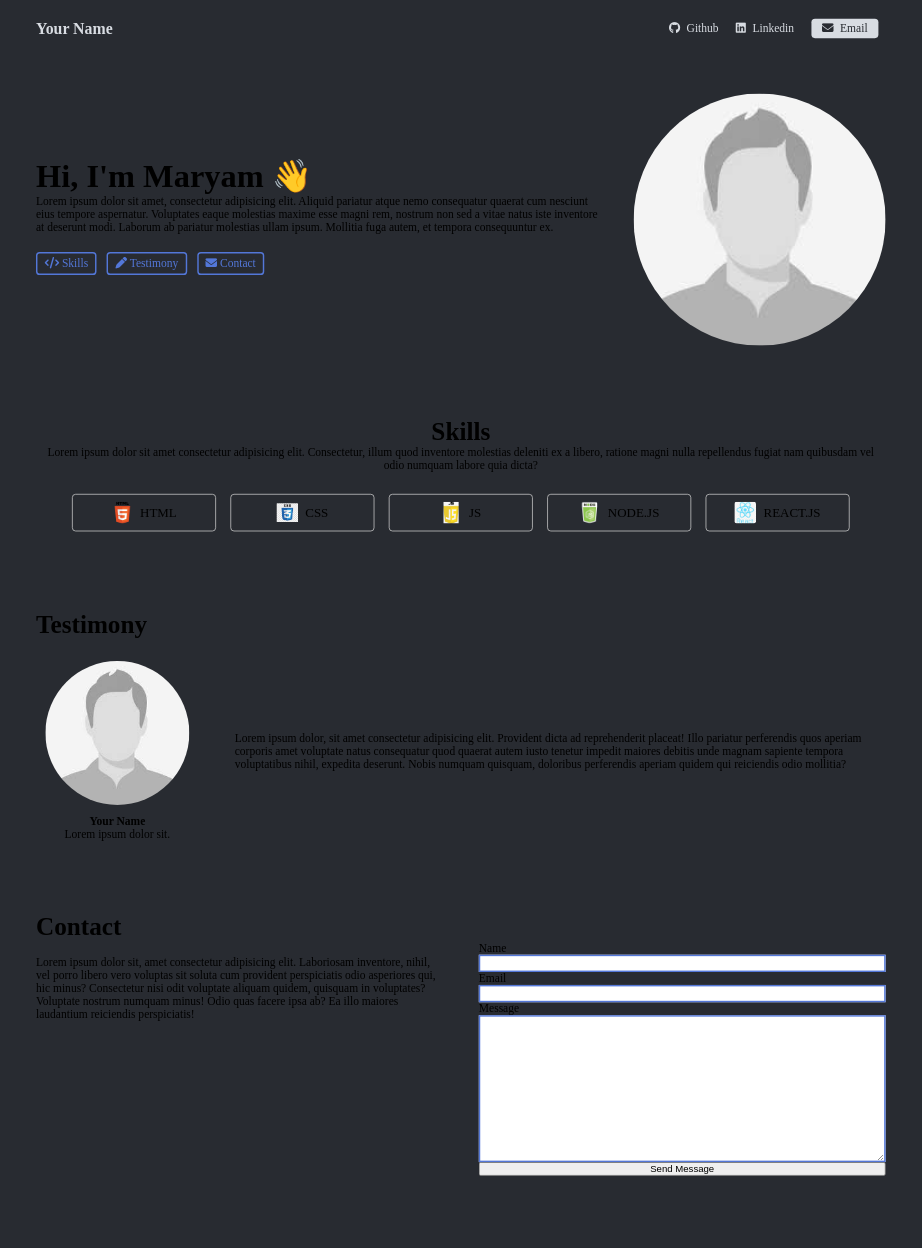
Repository: MaramMaryam/my-portfolio-test
Page: index.html
The author's editor kept a copy of each file at every save. The page is drawn from the files as they stood at one save, then again after a run of saves.
The browser window is 1280 px wide. The pictures show the whole page, at 72% of full size.
Some web libraries are served in a nearby version.

Above is the page before, as saved 2024-09-20 19:34:40.

After the next 5 saves:
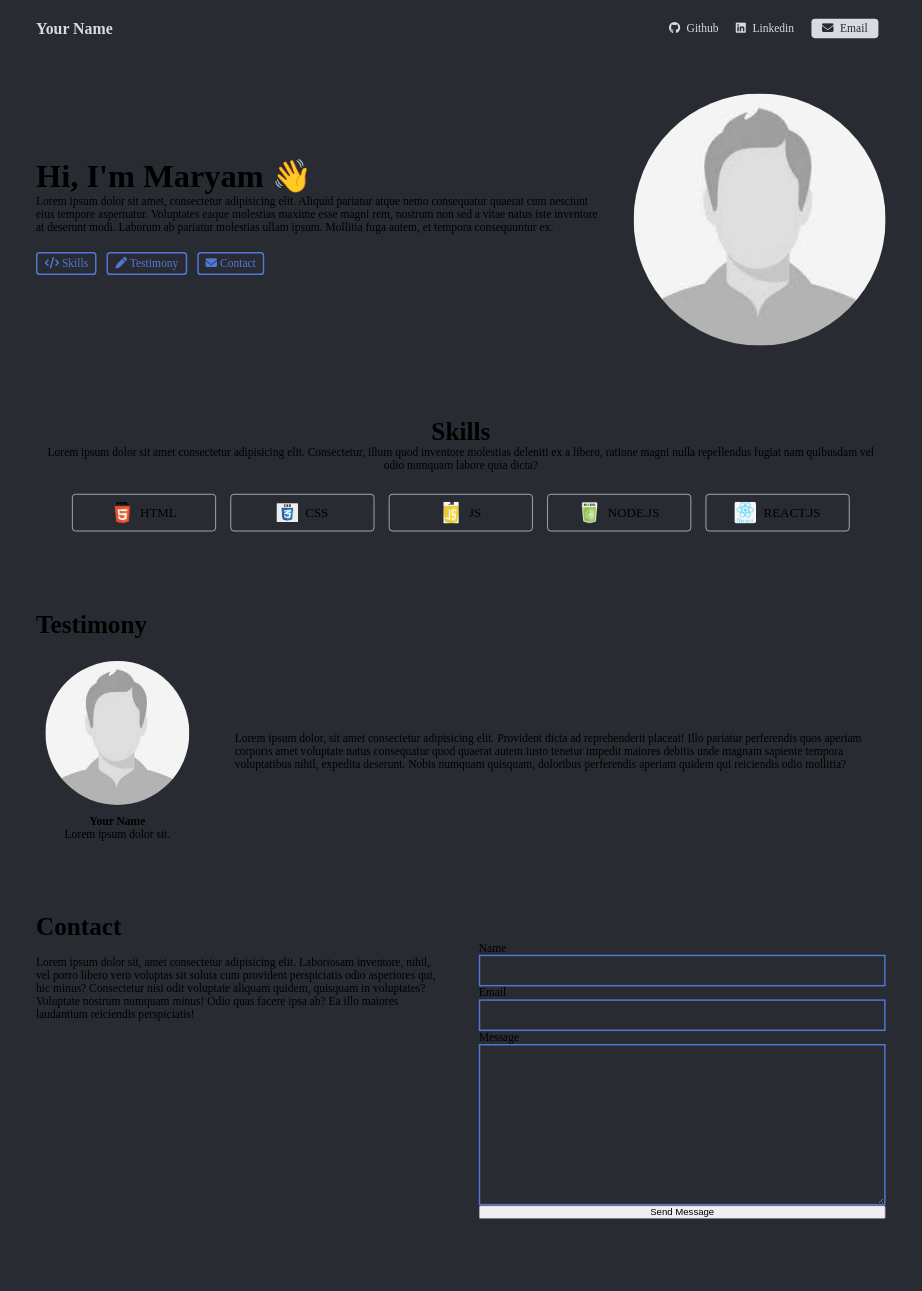
The 5 saves are shown as one change because they came seconds apart.
The last was saved 64 s later.
--- a/styles.css
+++ b/styles.css
@@ -189,6 +189,8 @@ nav .right a span {
   .contact-section .group form textarea {
     font-family: 'Poppins', sans-serif;
     border: 2px solid var(--link-color);
+    background-color: transparent;
+    padding: 10px;
   }
 
 
